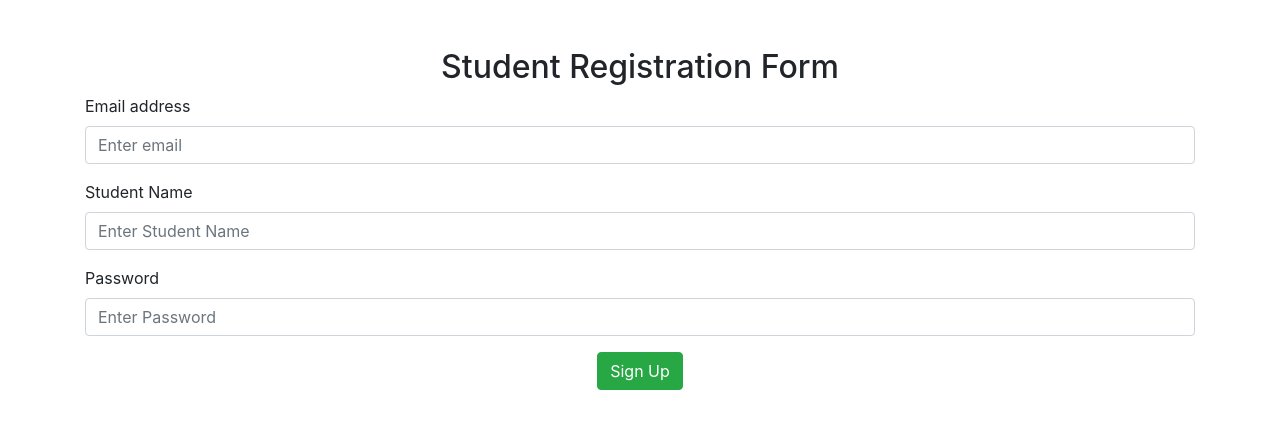
Repository: nksharma514/spring
Page: http://localhost/com.spring.mvc.formRegistration/student
These files come from the project's save history. The page is drawn as it stood at one moment and after the next save; the edit follows.
The browser window is 1280 px wide. The pictures show the whole page.
Some web libraries are served in a nearby version. The page is served by Tomcat 9.

Above is the page before, as saved 2023-08-13 17:57:59.

After the next save:
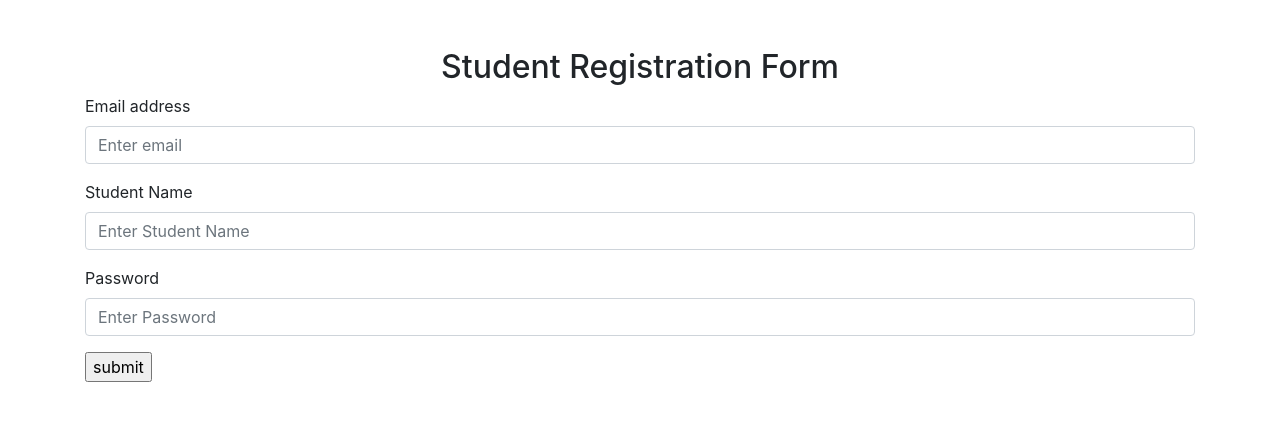
Saved 2 min 19 s later.
--- a/com.spring.mvc.formRegistration/src/main/webapp/WEB-INF/views/student.jsp
+++ b/com.spring.mvc.formRegistration/src/main/webapp/WEB-INF/views/student.jsp
@@ -56,9 +56,13 @@
 		</div>
 
 
-		<div class="container text-center">
-			<button type="Submit" class="btn btn-success">Sign Up</button>
-		</div>
+<!-- 		<div class="container text-center"> -->
+<!-- 			<button type="Submit" class="btn btn-success">Sign Up</button> -->
+<!-- 		</div> -->
+
+ <form action="<%=request.getContextPath() %>/processform" method="GET">
+    <input type="submit" value="submit">
+    </form>
 
 
 	</div>

After the 4 saves that followed:
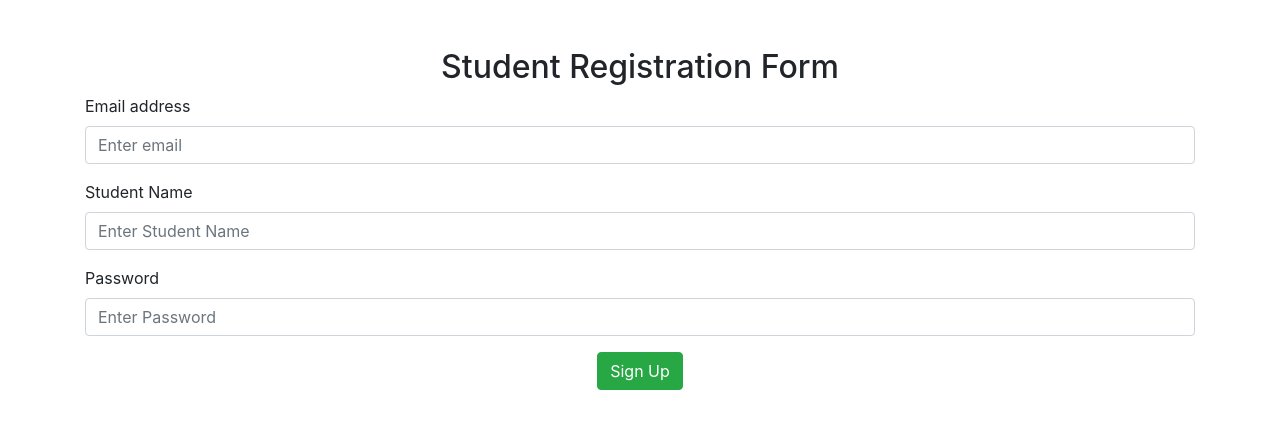
The 4 saves are shown as one change because 3 left the picture as it was.
The last was saved 3 min 5 s later.
--- a/com.spring.mvc.formRegistration/src/main/webapp/WEB-INF/views/student.jsp
+++ b/com.spring.mvc.formRegistration/src/main/webapp/WEB-INF/views/student.jsp
@@ -17,7 +17,7 @@
 <title>Hello, world!</title>
 </head>
 <body>
-	<from action="processform" method="post">
+	<from action="<%=request.getContextPath() %>/processform" method="post">
 
 	<div class="container mt-5">
 
@@ -56,13 +56,11 @@
 		</div>
 
 
-<!-- 		<div class="container text-center"> -->
-<!-- 			<button type="Submit" class="btn btn-success">Sign Up</button> -->
-<!-- 		</div> -->
+		<div class="container text-center">
+			<button type="Submit" class="btn btn-success">Sign Up</button>
+		</div>
 
- <form action="<%=request.getContextPath() %>/processform" method="GET">
-    <input type="submit" value="submit">
-    </form>
+
 
 
 	</div>
